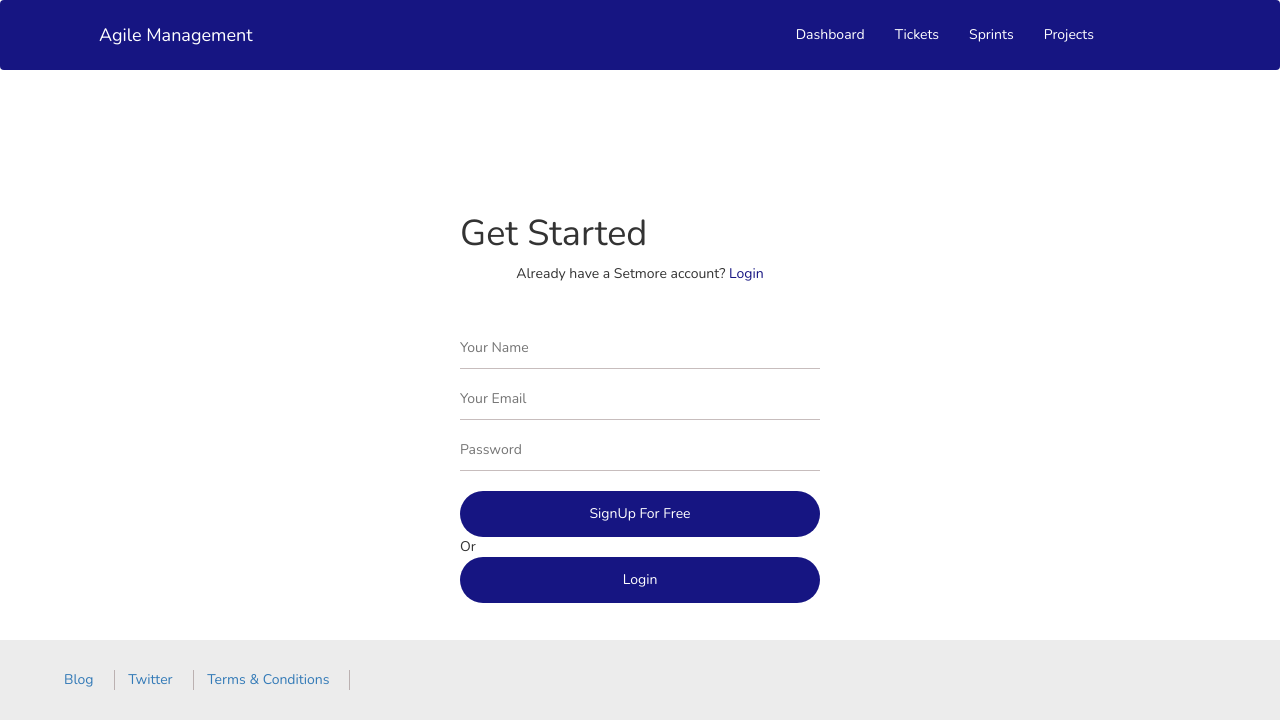
Repository: princexavier/agil
Page: http://localhost/Agile/index.jsp
These files come from the project's save history. The page is drawn as it stood at one moment and after the next save; the edit follows.
The browser window is 1280 px wide. The pictures show the whole page.
Some web libraries are served in a nearby version. The page is served by Tomcat 9. Other server files are loaded and not shown.

Above is the page before, as saved 2018-01-19 05:05:38.

### workspace/Agile/WebContent/index.jsp
<%@ page language="java" contentType="text/html; charset=ISO-8859-1"
	pageEncoding="ISO-8859-1"%>
<!DOCTYPE html>
<html lang="en">

<head>
    <meta charset="UTF-8">
    <title>Registration</title>
    <link href="https://fonts.googleapis.com/css?family=Nunito" rel="stylesheet">
    <link rel="stylesheet" href="https://maxcdn.bootstrapcdn.com/bootstrap/3.3.7/css/bootstrap.min.css">
    <!-- jQuery library -->
    <script src="https://ajax.googleapis.com/ajax/libs/jquery/3.2.1/jquery.min.js"></script>
    <!-- Latest compiled JavaScript -->
    <script src="https://maxcdn.bootstrapcdn.com/bootstrap/3.3.7/js/bootstrap.min.js"></script>
    <link rel="stylesheet" href="css/style.css">
    <link rel="stylesheet" href="https://maxcdn.bootstrapcdn.com/font-awesome/4.7.0/css/font-awesome.min.css">
</head>

<body style="font-family: 'Nunito', sans-serif;">
    <header>
        <nav class="navbar navbar-default">
            <div class="container-fluid">
                <div class="navbar-header">
                    <a class="navbar-brand" href="#">Agile Management</a>
                </div>
                <ul class="nav navbar-nav">
                    <li class="active"><a href="#">Dashboard</a></li>
                    <li><a href="ticket.html">Tickets</a></li>
                    <li><a href="ticket.html">Sprints</a></li>
                    <li><a href="#">Projects</a></li>
                </ul>
            </div>
        </nav>
    </header>

    <div class="container">
    	<div class="row">
    		<div class="col-md-4"></div>
    		<div class="col-md-4">
    			<form action=""class="reg-form">
    				<h1>Get Started</h1>
    				<p style="margin-bottom: 15%;text-align:center;">Already have a Setmore account? <a style="color:#161582;">Login</a><p>
    				<input type="text" placeholder="Your Name">
    				<input type="text" placeholder="Your Email">
    				<input type="text" placeholder="Password">
    				<button class="sign-up">SignUp For Free</button>
    				<span>Or</span>
    			    <button class="sign-up">Login</button>
    			</form>
    		</div>
    		<div class="col-md-4"></div>
    	</div>
    </div>
    <footer>
        <ul class="foot-content">
            <li>
                <a href="#">Blog</a>
            </li>
            <li>
                <a href="#">Twitter</a>
            </li>
            <li>
                <a href="#">Terms & Conditions</a>
            </li>
        </ul>
    </footer>
</body>

</html>

### workspace/Agile/WebContent/css/style.css
* {
	margin: 0px;
	padding: 0px;
	text-decoration: none;
	list-style-type: none;
}

a:hover {
	text-decoration: none;
}

.reg-form {
	margin-top: 40%;
}

.sign-up {
	outline:none;
	border: none;
	display: block;
	width: 100%;
	padding: 13px;
	border-radius: 40px;
	background: #161582;
	color: #fff;
}
.reg-form h3{
	margin-top: 20%;
    margin-bottom: 5%;
    text-align: center;
}
.reg-form >span{
	display:block;
	padding-top:22px;
	padding-bottom:22px;
	text-align:center;
}
.reg-form input {
	cursor: pointer;
	padding-bottom: 10px;
	margin-bottom: 20px;
	outline: none;
	display: block;
	width: 100%;
	border: none;
	border-bottom: 1px solid #c7bdbd;
	transition: 0.8s ease;
}

.reg-form input:focus {
	border-bottom: 1px solid #161582;
}

.divider-1 {
	display: inline-block;
	width: calc(100%/ 1);
	float: left;
}

.divider-2 {
	display: inline-block;
	width: calc(100%/ 2);
	float: left;
}

.color {
	color: #161582;
	padding-right: 5px;
	cursor: pointer;
	transition: 0.2s ease-in-out;
}

.color:hover {
	color: #16158261;
}

.clearfix:after {
	content: "";
	display: block;
	clear: both;
}

.navbar-nav {
	float: right;
	margin-right: 100px;
}

.navbar-default {
	border: none;
	padding: 10px 56px 10px 84px;
	background: #161582;
	margin-bottom: 0px;
}

.navbar-brand,.navbar-nav>li>a {
	color: #fff !important;
}

nav .active a {
	background-color: transparent !important;
}

.dashboard {
	padding: 20px 0px;
	background: #ececec;
}

.dash-title {
	padding-left: 111px;
}

.auth {
	background: #ececec;
	padding: 20px;
}

.left-content>span {
	display: block;
}

.lab-title {
	padding: 20px 0px;
}

.bg {
	margin-top: 20px;
	padding: 10px 0px;
	background: #a6e4a6;
}

.bg a>button {
	float: right;
	margin-right: 20px;
	border: none;
}

footer {
	position: fixed;
	bottom: 0px;
	width: 100%;
	padding: 20px 0px;
	background: #ececec;
}

.right-bor {
	border-right: 1px solid #ececec;
}

.foot-content:first-child {
	margin-left: 64px;
	margin-top: 10px;
}

.foot-content li {
	border-right: 1px solid #a79a9ab8;
	padding-right: 20px;
	display: inline-block;
	margin-right: 10px;
}

.bar {
	width: 90%;
	background: #ececec;
	border-left: 10px solid blue;
}

.bar>span {
	float: right;
}

/*Ticket page style */
.btn-style {
	border: none;
	color: #fff;
	outline: none;
	background: #161582;
	transition: 0.5s ease-in-out;
}

.first-btn {
	margin-left: 150px
}

.btn-style:hover {
	background: #161582a8;
}

.icon-style {
	padding-right: 10px;
}

.events {

}

.list-style {
	padding: 10px 0px;
}

/*New ticket page style*/
.cs-btn {
	padding: 11px 10px;
	margin-left: 150px;
	color: #ffff;
	background: #161582;
	transition: 0.5s ease-in-out;
}

.cs-btn:hover {
	background: #1615825c;
	color: #fff;
}

textarea {
	resize: none;
}

.nav-tabs {
	margin-bottom: 50px;
}

label {
	font-weight: 300;
}

.btn-primary {
	background-color: #161582;
}

#menu4>p {
	padding: 20px 10px;
	background: #ececec;
	margin-bottom: 40px;
}

input[type="date"] {
	border-radius: 4px;
}

After the next save:
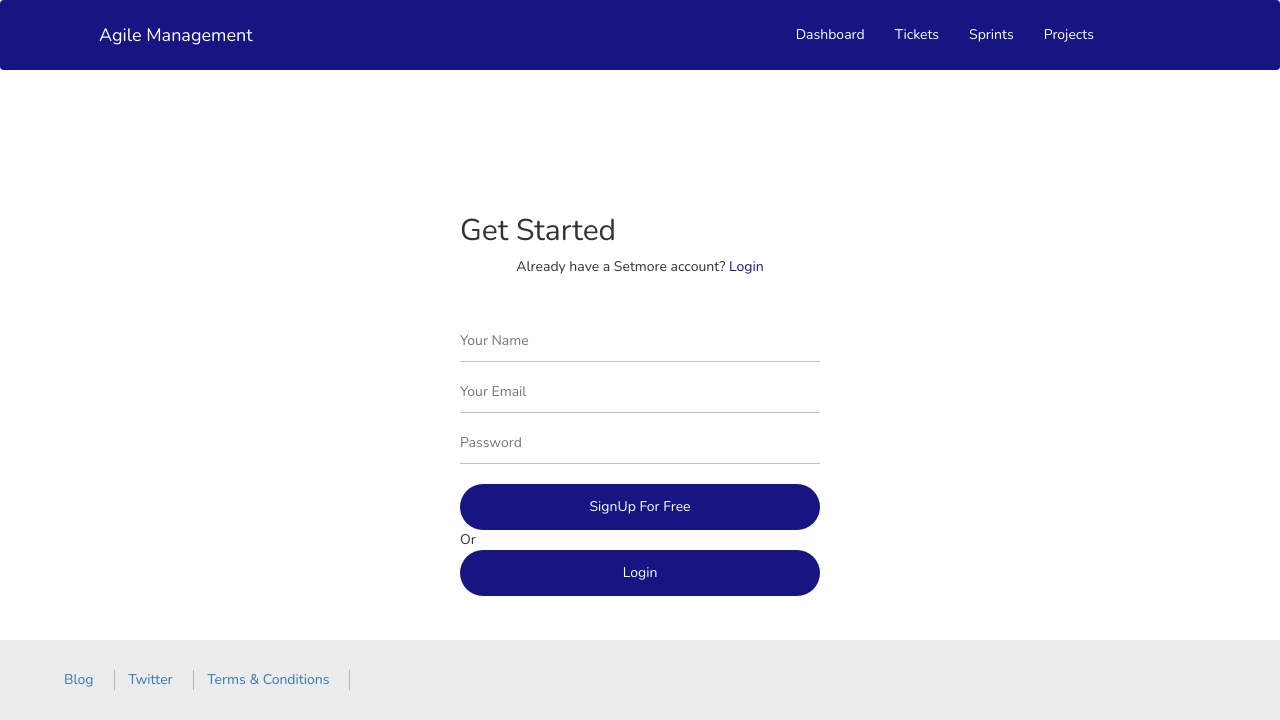
Saved 31 s later.
--- a/workspace/Agile/WebContent/index.jsp
+++ b/workspace/Agile/WebContent/index.jsp
@@ -38,7 +38,7 @@
     		<div class="col-md-4"></div>
     		<div class="col-md-4">
     			<form action=""class="reg-form">
-    				<h1>Get Started</h1>
+    				<h2>Get Started</h2>
     				<p style="margin-bottom: 15%;text-align:center;">Already have a Setmore account? <a style="color:#161582;">Login</a><p>
     				<input type="text" placeholder="Your Name">
     				<input type="text" placeholder="Your Email">
